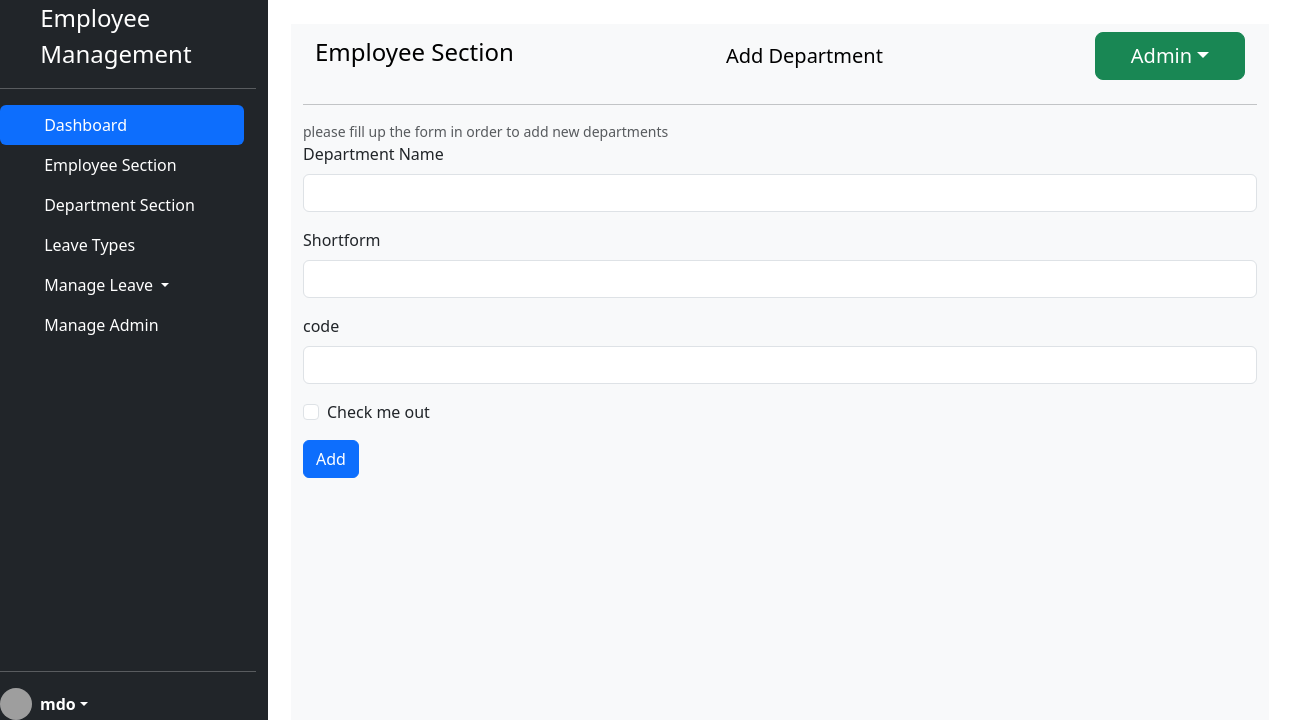
Repository: Ashish4910/Leave-Application-Management
Page: http://localhost/Employee_management/Admin/Add_Departments.jsp
These files come from the project's save history. The page is drawn as it stood at one moment and after the next save; the edit follows.
The browser window is 1280 px wide. The page is 1292 px wide, so the pictures cover 1292 px, including what lies to the right of the window. The pictures show the whole page.
Pictures or frames that could not be fetched are drawn as grey boxes. The page is served by Tomcat 9. Other server files are loaded and not shown.

Above is the page before, as saved 2023-12-04 05:00:52.

### Employee Management Project/Employee_management/src/main/webapp/Admin/Add_Departments.jsp
<!doctype html>
<html lang="en">
<head>
<meta charset="utf-8">
<meta name="viewport" content="width=device-width, initial-scale=1">
<title>Admin Dashboard</title>
<link
	href="https://cdn.jsdelivr.net/npm/bootstrap@5.3.2/dist/css/bootstrap.min.css"
	rel="stylesheet"
	integrity="sha384-T3c6CoIi6uLrA9TneNEoa7RxnatzjcDSCmG1MXxSR1GAsXEV/Dwwykc2MPK8M2HN"
	crossorigin="anonymous">

<style type="text/css">
.full-height-sidebar {
	height: 100vh;
	background-color: #111;
	color: white;
}

.custom-width {
	width: 280px;
}

.btn-wider {
	min-width: 150px; /* Adjust the width as needed */
}
}
</style>
<link rel="stylesheet"
	href="https://cdnjs.cloudflare.com/ajax/libs/font-awesome/6.2.1/css/all.min.css"
	integrity="sha512-MV7K8+y+gLIBoVD59lQIYicR65iaqukzvf/nwasF0nqhPay5w/9lJmVM2hMDcnK1OnMGCdVK+iQrJ7lzPJQd1w=="
	crossorigin="anonymous" referrerpolicy="no-referrer" />
</head>
<body>

	<div class="row">
		<div
			class="d-flex flex-column  text-bg-dark  col-lg-2 full-height-sidebar custom-width ">
			<a href="/"
				class="d-flex align-items-center mb-3 mb-md-0 me-md-auto text-white text-decoration-none">
				<svg class="bi pe-none me-2" width="40" height="32">
				<use xlink:href="#bootstrap"></use></svg> <span class="fs-4">Employee
					Management</span>
			</a>
			<hr>
			<ul class="nav nav-pills flex-column mb-auto container-fluid">
				<li class="nav-item"><a href="Admin_dashboard.jsp"
					class="nav-link active" aria-current="page"> <svg
							class="bi pe-none me-2" width="16" height="16">
						<use xlink:href="#home"></use></svg> Dashboard
				</a></li>
				<li><a href="Employee_Section.jsp" class="nav-link text-white">
						<svg class="bi pe-none me-2" width="16" height="16">
						<use xlink:href="#speedometer2"></use></svg> Employee Section
				</a></li>
				<li><a href="Departments.jsp" class="nav-link text-white">
						<svg class="bi pe-none me-2" width="16" height="16">
						<use xlink:href="#table"></use></svg> Department Section
				</a></li>
				<li><a href="Leave_type.jsp" class="nav-link text-white"> <svg
							class="bi pe-none me-2" width="16" height="16">
						<use xlink:href="#grid"></use></svg> Leave Types
				</a></li>


			 <li class="nav-item dropdown">
                    <a href="Add_Departments.jsp" class="nav-link text-white dropdown-toggle" data-bs-toggle="dropdown"
                        aria-expanded="false">
                        <svg class="bi pe-none me-2" width="16" height="16">
                            <use xlink:href="#grid"></use>
                        </svg> Manage Leave
                    </a>

                    <ul class="dropdown-menu bg-dark">
                        <li><a class="dropdown-item text-white" href="#">Pending</a></li>
                        <li><a class="dropdown-item text-white" href="#">Approved</a></li>
                        <li><a class="dropdown-item text-white" href="#">Declined</a></li>
                        <li><a class="dropdown-item text-white" href="#">Leave History</a></li>
                    </ul>
                </li>


				<li><a href="Manage_Admin.jsp" class="nav-link text-white">
						<svg class="bi pe-none me-2" width="16" height="16">
						<use xlink:href="#people-circle"></use></svg> Manage Admin
				</a></li>
			</ul>
			<hr>
			<div class="dropdown">
				<a href="#"
					class="d-flex align-items-center text-white text-decoration-none dropdown-toggle"
					data-bs-toggle="dropdown" aria-expanded="false"> <img
					src="https://github.com/mdo.png" alt="" width="32" height="32"
					class="rounded-circle me-2"> <strong>mdo</strong>
				</a>
				<ul class="dropdown-menu dropdown-menu-dark text-small shadow">
					<li><a class="dropdown-item" href="#">New project...</a></li>
					<li><a class="dropdown-item" href="#">Settings</a></li>
					<li><a class="dropdown-item" href="#">Profile</a></li>
					<li><hr class="dropdown-divider"></li>
					<li><a class="dropdown-item" href="#">Sign out</a></li>
				</ul>
			</div>
		</div>




		<!-- ==================================== Second Div Start ===================== -->
		<div class="container col-lg-9 bg-light mt-4">

			<div class="card-body">
				<nav class="navbar navbar-light bg-light">
					<div class="container-fluid">
						<a class="navbar-brand" href="#"><h4>Employee Section</h4></a> <a
							class="navbar-brand" href="#">Add Department</a>
						<!-- <button type="button" class="btn btn-primary"
							style="hight: 200px; width: 200px">Admin</button>  -->



						<div class="dropdown nav-item ">
							<a class="btn btn-success dropdown-toggle btn-lg  btn-wider "
								href="#" role="button" data-bs-toggle="dropdown"
								aria-expanded="false">Admin</a>
							<ul class="dropdown-menu">
								<li><a class="dropdown-item" href="#">Log-Out</a></li>
							</ul>
						</div>
					</div>
				</nav>
			</div>

			<hr>
			<form action="../Departments" method="Post">
				<div class="mb-3">
					<div id="emailHelp" class="form-text">please fill up the form
						in order to add new departments</div>
					<label for="department_name" class="form-label">Department
						Name </label> <input type="text" class="form-control"
						aria-describedby="departmenmtHelp" name="department_name" required>

				</div>
				<div class="mb-3">
					<label for="Shortform" class="form-label">Shortform</label> <input
						type="test" class="form-control" name="shortform" required>
				</div>
				<div class="mb-3">
					<label for="code" class="form-label">code</label> <input
						type="text" class="form-control" name="code" required>
				</div>
				<div class="mb-3 form-check">
					<input type="checkbox" class="form-check-input"> <label
						class="form-check-label" for="exampleCheck1">Check me out</label>
				</div>
				<button type="submit" class="btn btn-primary">Add</button>
			</form>



			<!-- 	========================second div end ========================= -->
		</div>








		<script
			src="https://cdn.jsdelivr.net/npm/bootstrap@5.3.2/dist/js/bootstrap.bundle.min.js"
			integrity="sha384-C6RzsynM9kWDrMNeT87bh95OGNyZPhcTNXj1NW7RuBCsyN/o0jlpcV8Qyq46cDfL"
			crossorigin="anonymous"></script>
</body>
</html>

After the next save:
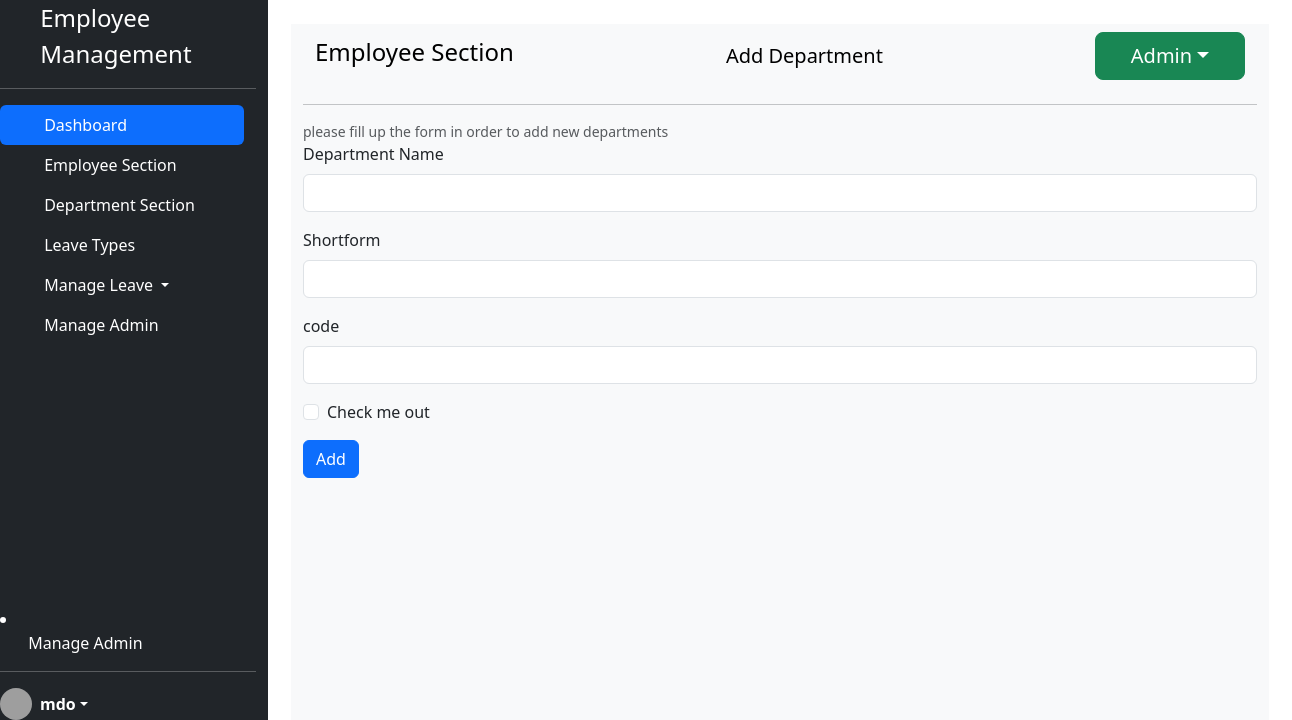
Saved 2 min 30 s later.
--- a/Employee Management Project/Employee_management/src/main/webapp/Admin/Add_Departments.jsp
+++ b/Employee Management Project/Employee_management/src/main/webapp/Admin/Add_Departments.jsp
@@ -63,21 +63,21 @@
 				</a></li>
 
 
-			 <li class="nav-item dropdown">
-                    <a href="Add_Departments.jsp" class="nav-link text-white dropdown-toggle" data-bs-toggle="dropdown"
-                        aria-expanded="false">
-                        <svg class="bi pe-none me-2" width="16" height="16">
+				<li class="nav-item dropdown"><a href="Add_Departments.jsp"
+					class="nav-link text-white dropdown-toggle"
+					data-bs-toggle="dropdown" aria-expanded="false"> <svg
+							class="bi pe-none me-2" width="16" height="16">
                             <use xlink:href="#grid"></use>
                         </svg> Manage Leave
-                    </a>
+				</a>
 
-                    <ul class="dropdown-menu bg-dark">
-                        <li><a class="dropdown-item text-white" href="#">Pending</a></li>
-                        <li><a class="dropdown-item text-white" href="#">Approved</a></li>
-                        <li><a class="dropdown-item text-white" href="#">Declined</a></li>
-                        <li><a class="dropdown-item text-white" href="#">Leave History</a></li>
-                    </ul>
-                </li>
+					<ul class="dropdown-menu bg-dark">
+						<li><a class="dropdown-item text-white" href="#">Pending</a></li>
+						<li><a class="dropdown-item text-white" href="#">Approved</a></li>
+						<li><a class="dropdown-item text-white" href="#">Declined</a></li>
+						<li><a class="dropdown-item text-white" href="#">Leave
+								History</a></li>
+					</ul></li>
 
 
 				<li><a href="Manage_Admin.jsp" class="nav-link text-white">
@@ -85,6 +85,10 @@
 						<use xlink:href="#people-circle"></use></svg> Manage Admin
 				</a></li>
 			</ul>
+			<li><a href="Manage_Admin.jsp" class="nav-link text-white">
+					<svg class="bi pe-none me-2" width="16" height="16">
+						<use xlink:href="#people-circle"></use></svg> Manage Admin
+			</a></li>
 			<hr>
 			<div class="dropdown">
 				<a href="#"
